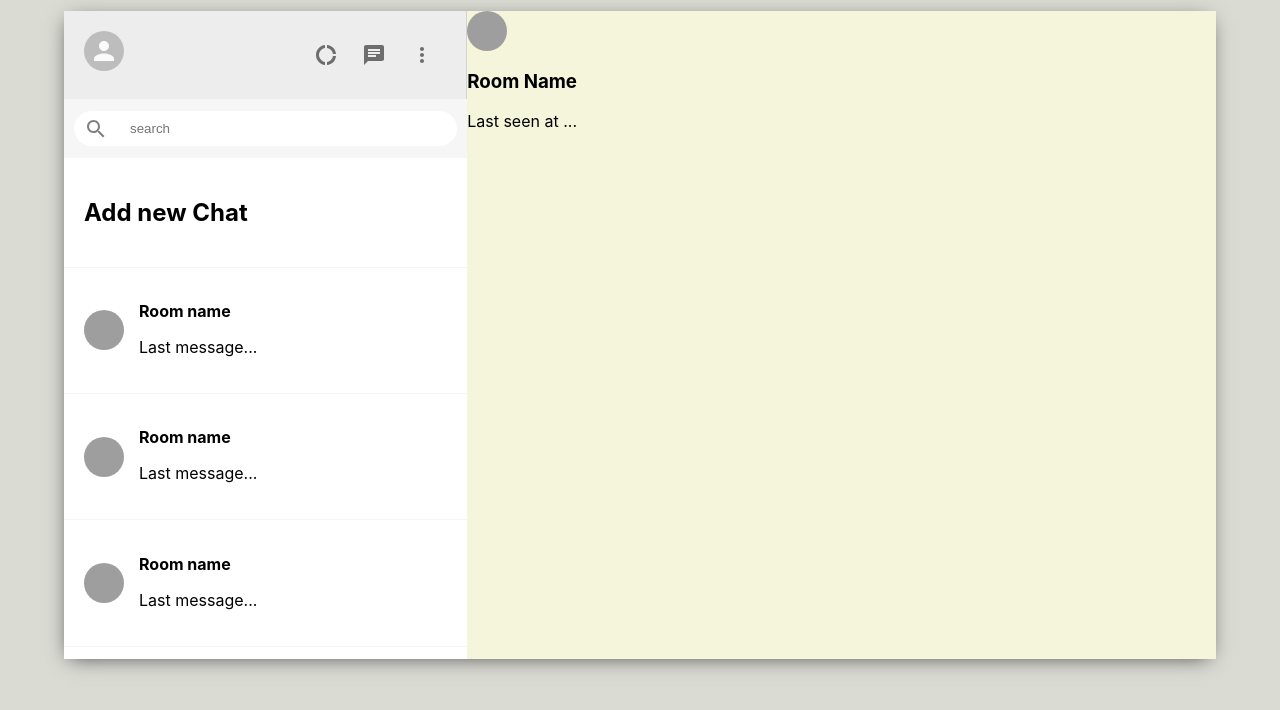
Repository: om1ars/functinal-chat
Page: /
These files come from the project's save history. The page is drawn as it stood at one moment and after the next save; the edit follows.
The browser window is 1280 px wide. The pictures show the whole page.
Pictures or frames that could not be fetched are drawn as grey boxes. The project was rebuilt for these pictures with package versions that can differ from the ones it lists, and the page was loaded fresh each time.

Above is the page before, as saved 2021-11-22 14:23:23.

### src/App.js
import "./App.css";
import Chat from "./components/Chat";
import Sidebar from "./components/Sidebar";

function App() {
  return (
    <div className="app">
      <div className="app__body">
        <Sidebar />
        <Chat />
      </div>
    </div>
  );
}

export default App;

### src/App.css
.app {
  background-color: #dadbd3;
  height: 100vh;
  display: grid;
  place-items: center;
}
.app__body {
  display: flex;
  width: 90vw;
  background-color: #ededed;
  margin-top: -50px;
  box-shadow: -1px 4px 20px -6px rgba(0, 0, 0, 0.7);
  height: 90vh;
}

### src/components/Chat.js
import { Avatar } from "@material-ui/core";
import React, { useEffect } from "react";
import "./Chat.css";

export default function Chat() {
  const [seed, setSeed] = React.useState("");

  useEffect(() => {
    setSeed(Math.floor(Math.random() * 5000));
  }, []);
  return (
    <div className="chat">
      <div className="chat__header">
        <Avatar src={`https://avatars.dicebear.com/api/human/${seed}.svg`} />
      </div>
      <div className="chat__body">
        <div className="chat__headerInfo">
          <h3>Room Name</h3>
          <p>Last seen at ...</p>
        </div>
      </div>
      <div className="chat__footer"></div>
    </div>
  );
}

### src/components/Sidebar.js
import React from "react";
import "./Sisdebar.css";
import { Avatar, IconButton } from "@material-ui/core";
import { DonutLarge, Chat, MoreVert, SearchOutlined } from "@material-ui/icons";
import SidebarChat from "./SidebarChat";
function Sidebar() {
  return (
    <div className="sidebar">
      <div className="sidebar__header">
        <Avatar />
        <div className="sidebar__headerRight">
          <IconButton>
            <DonutLarge />
          </IconButton>
          <IconButton>
            <Chat />
          </IconButton>
          <IconButton>
            <MoreVert />
          </IconButton>
        </div>
      </div>
      <div className="sidebar__search">
        <div className="sidebar__searchContainer">
          <SearchOutlined />
          <input placeholder="search" type="text" />
        </div>
      </div>
      <div className="sidebar__chats">
        <SidebarChat addNewChat="Add new chat" />
        <SidebarChat  />
        <SidebarChat  />
        <SidebarChat  />
        <SidebarChat  />
        <SidebarChat  />
        <SidebarChat  />
      </div>
    </div>
  );
}

export default Sidebar;

### src/components/Chat.css
.chat {
  flex: 0.65;
  background-color: beige;
}

.

### src/components/Sisdebar.css
.sidebar__header {
  display: flex;
  justify-content: space-between;
  padding: 20px;
  border-right: 1px solid lightgray;
}
.sidebar {
  flex: 0.35;
  display: flex;
  flex-direction: column;
}
.sidebar__headerRight {
  display: flex;
  align-items: center;
  justify-content: space-between;
  min-width: 10vw;
}

.sidebar__headerRight > .MuiSvgIcon-root {
  margin-right: 2vw;
  font-size: 24px !important;
}
.sidebar__search {
  display: flex;
  align-items: center;
  background-color: #f6f6f6;
  height: 39px;
  padding: 10px;
}
.sidebar__searchContainer {
  display: flex;
  align-items: center;
  background-color: white;
  width: 100%;
  height: 35px;
  border-radius: 25px;
}
.sidebar__searchContainer > input {
  border: none;
  margin-left: 10px;
  outline: none;
}
.sidebar__searchContainer > .MuiSvgIcon-root {
  color: gray;
  padding: 10px;
}

.sidebar__chats {
  flex: 1;
  background-color: white;
  overflow: scroll;
}

### src/components/SidebarChat.js
import { Avatar } from "@material-ui/core";
import React, { useEffect, useState } from "react";
import "./SidebarChat.css";

export default function SidebarChat({ addNewChat }) {
  const [seed, setSeed] = useState("");
  const createChat = () => {
    const roomName = prompt("Please enter e roomname");

    if(roomName){

    }
  };

  useEffect(() => {
    setSeed(Math.floor(Math.random() * 5000));
  }, []);
  return !addNewChat ? (
    <div className="sidebarChat">
      <Avatar src={`https://avatars.dicebear.com/api/human/${seed}.svg`} />
      <div className="sidebarChat__info">
        <h2>Room name</h2>
        <p>Last message...</p>
      </div>
    </div>
  ) : (
    <div onClick={createChat} className="sidebarChat">
      <h2>Add new Chat</h2>
    </div>
  );
}

### src/components/SidebarChat.css
.sidebarChat {
  display: flex;
  padding: 20px;
  cursor: pointer;
  border-bottom: 1px solid #f6f6f6;
  align-items: center;
}
.sidebarChat:hover {
  background-color: #ebebeb;
}
.sidebarChat__info > h2 {
  font-size: 16px;
  margin-bottom: 8px;
}
.sidebarChat__info {
  margin-left: 15px;
}

Loaded but not shown: public/index.html (common file); src/index.js (common file); src/index.css (common file)

After the next save:
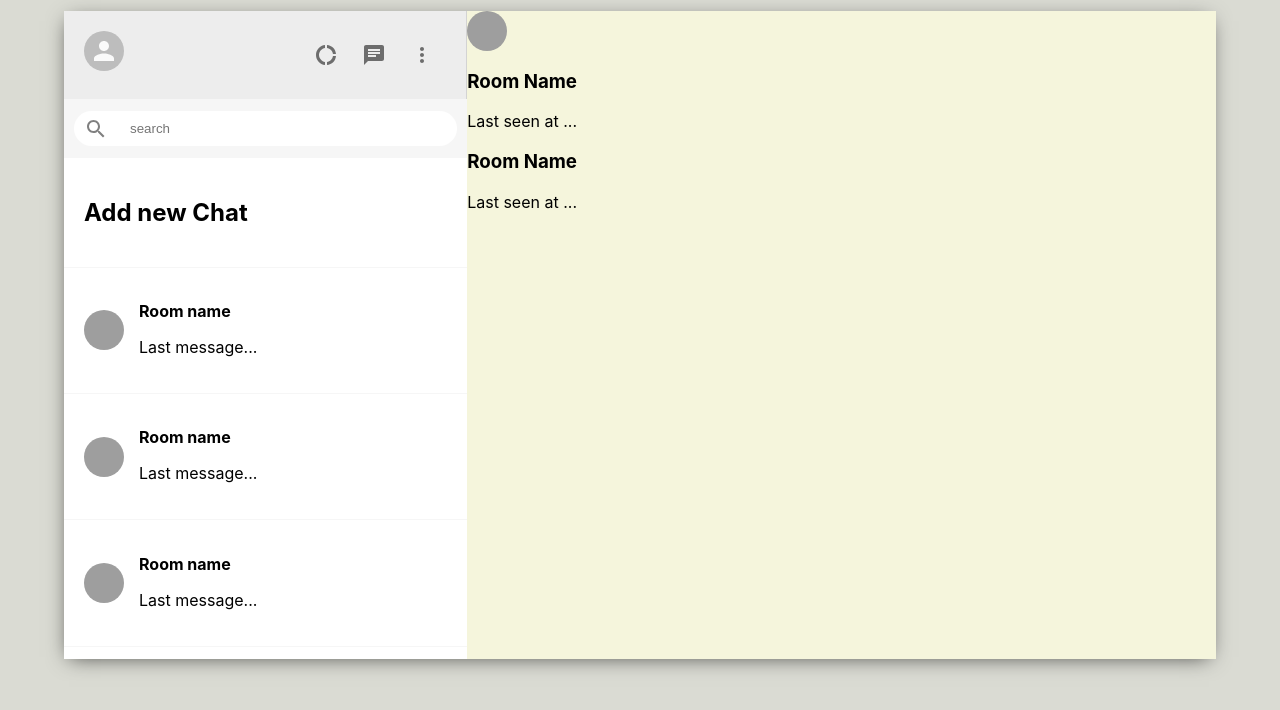
Saved 11 s later.
--- a/src/components/Chat.js
+++ b/src/components/Chat.js
@@ -18,6 +18,10 @@ export default function Chat() {
           <h3>Room Name</h3>
           <p>Last seen at ...</p>
         </div>
+        <div className="chat__headerInfo">
+          <h3>Room Name</h3>
+          <p>Last seen at ...</p>
+        </div>
       </div>
       <div className="chat__footer"></div>
     </div>
